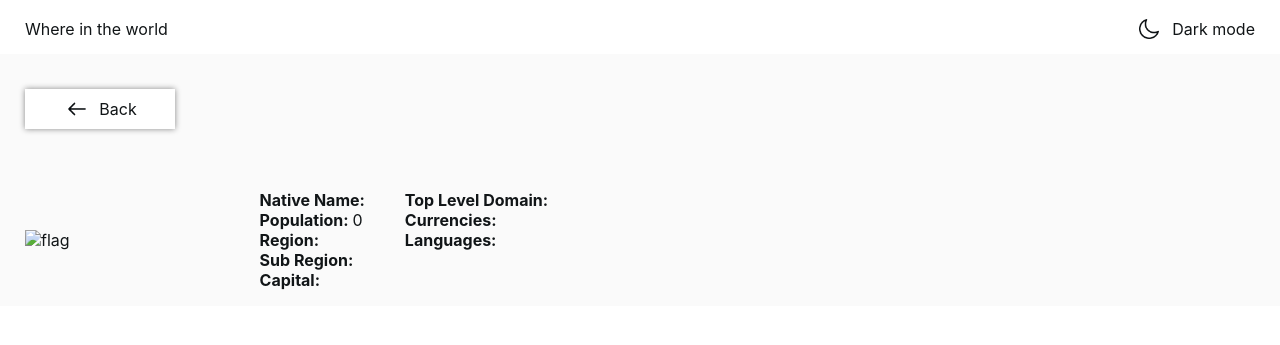
Repository: faithandjs/rest-countries-api
Page: /details
The author's editor kept a copy of each file at every save. The page is drawn from the files as they stood at one save, then again after the next save.
The browser window is 1280 px wide. The pictures show the whole page.
The page's requests for data from a server got no answer. The project was rebuilt for these pictures with package versions that can differ from the ones it lists, and the page was loaded fresh each time. No one was signed in, and anything a server would have sent is missing. Also part of the build but not shown: src/components/home.tsx.

Above is the page before, as saved 2022-04-15 22:57:59.

### src/App.tsx
import React, {useContext} from 'react';
import Home from './components/home';
import Details from './components/details';
import Nav from './components/nav';
import { Routes, Route } from "react-router-dom"
import Parent, {Wrapper} from './components/parent'

function App() {
  return (
    <div className='app light' style={{height: '100%', backgroundAttachment: 'fixed'}}>
      <Parent>
        <Nav/>
        <Routes >
          <Route path='/' element={<Home/>}/>
          <Route path='details' element={<Details/>}/>
        </Routes>
      </Parent>
    </div>
  );
}

export default App;

### src/components/details.tsx
import React, {useContext} from 'react';
import { useEffect } from 'react';
import { useState } from 'react';
import { Link } from "react-router-dom";
import {Wrapper} from './parent';
import {arrItem, contextType, detailsType} from './type'

//create state that is part of the redux ish that can be updated on click to
//1. change light and dark icons
//3. set paths and alt texts
function Details() {
    const {data, details, currentIcons, settingDetails } = useContext(Wrapper) as contextType
    const [lang, setLang] = useState<any[]>([])

    useEffect(
        ()=>{
            let arr:any[] = []
                Object.entries(details.languages).forEach(([key, value], index) => {
                arr.push(value)
        })
            setLang(arr)
        }, [details]
    )
    const borderClick = (testName:string) => {
        data.map((item )=> {
            if (item.name.common === testName){
                settingDetails(item)
            }
        })
    }
    const borderCheck = () => {
        if (details.borders.length === 0 || details.borders === undefined){
            return null
        }else{
            return(
            <div className='border'>
                <div className='border-title'>border countries: </div>
                <div className='borders'>
                    {details.borders.map((item, index) => {

                    return <div onClick={() => borderClick(item) }>{item }</div>
                        })}
                </div>
            </div>)
        }
    }
    return (
        <div className='details'>
            <Link to='/'><div className='back'><img src={currentIcons.arrow} alt='left arrow, back icon'/> <span>Back</span></div></Link>
            <div className='content'>
                <div className='flag'><img src={details.flag} alt='flag'/></div>
                <div className='moreContent'>
                    <div className='name'>{details.name} </div>
                    <div className='lists'>
                        <ul>
                            <li><span>Native name: </span>{details.nativeName}</li>
                            <li><span>Population: </span>{details.population}</li>
                            <li><span>region: </span>{details.region}</li>
                            <li><span>sub region: </span>{details.subRegion}</li>
                            <li><span>capital: </span>{details.capital}</li>
                        </ul>
                        <ul>
                            <li><span>top level domain: </span>{details.tld}</li>
                            <li><span>currencies: </span>{details.currencies.map((item, index) => {
                                    if(index === 0){
                                        return `${item}`
                                    }else{
                                        return `, ${item}`
                                    }
                                })}</li>
                            <li><span>languages: </span>
                                {lang.map((item, index) => {
                                    if(index === 0){
                                        return `${item}`
                                    }else{
                                        return `, ${item}`
                                    }
                                })}
                            </li>

                        </ul>
                    </div>
                    {borderCheck()}
                </div>
            </div>
        </div>
    );
}

export default Details;

### src/components/nav.tsx
import React, {useContext} from 'react';
import {Wrapper} from './parent';
import {contextType, currentIconsType} from './type'

function Nav() {
    const { currentIcons, changeClasses } = useContext(Wrapper) as contextType
//console.log(currentIcons)
    return (
        <div className='navbar'>
            <div>Where in the world</div>
            <div onClick={() => changeClasses()} className='mode-box'>
                <img src={currentIcons.src} alt='mode icon' />
                <span>Dark mode</span>
            </div>
        </div>
    );
}

export default Nav;

### src/components/parent.tsx
import React, { createContext, useRef, useState, useEffect, useMemo, Props, ClassAttributes } from 'react';
import arrowWhite from './images/next.png'
import arrowBlack from './images/next (1).png'
import mode from './images/sleep-mode (1).png'
import modeFill from './images/sleep-mode (2).png'
import {arrItem, contextType, detailsType, items, currentIconsType} from './type'

export const Wrapper = createContext<contextType | null>(null)
const { Provider } = Wrapper
const Parent: React.FC<React.ReactNode> =({children}) => {
    const axios = require('axios').default;
    const [data, setData] = useState<arrItem[]>([])
    const modeIcons = {
        dark: {
            mode: modeFill,
            arrow: arrowWhite,
            text: 'Dark Mode'
        },
        light: {
            mode: mode,
            arrow: arrowBlack,
            text: 'Light Mode'
        }
    }
    const [details, setDetails] = useState<detailsType>(
        {
        flag: '',
        name: '',
        nativeName: '',
        population: 0,
        region: '',
        subRegion: '',
        capital: [],
        tld: [],
        currencies: [],
        languages: {},
        borders: []
    })

    const getLSD = localStorage.getItem('countries-data-details')
    const getLS = localStorage.getItem('countries-data')
    const passed = useRef<boolean>(false)
    const passed1 = useRef<boolean>(false)
    const native = useRef<string>('')
    const currency = useRef<string[]>([])
    const [currentIcons, setCurrentIcons] = useState<currentIconsType>({
        src: modeIcons.light.mode,
        arrow: modeIcons.light.arrow,
        text:  modeIcons.light.text
    })
    const changeClasses = () => {
        const box = document.querySelector('.app')?.classList
        if(document.querySelector('.light')){
             box?.add('dark')
             box?.remove('light')
             setCurrentIcons({
                src: modeIcons.dark.mode,
                arrow: modeIcons.dark.arrow,
                text:  modeIcons.dark.text
             })
        }else if(document.querySelector('.dark' )){
            setCurrentIcons({
                src: modeIcons.light.mode,
                arrow: modeIcons.light.arrow,
                text:  modeIcons.light.text
             })
            box?.add('light')
            box?.remove('dark')
        }
     }
    const settingDetails = (obj:arrItem) => {
        data.map((item, index) => {
            if (item.name.common === obj.name.common){
            const active = data[index]
            const nativeNames = active.name.nativeName;
            Object.entries(nativeNames).forEach(([key, value], index) => {
                if (index === (Object.keys(nativeNames).length - 1)){
                    native.current = value.common
                }
              });
            let arr:string[] = []
            Object.entries(active.currencies).forEach(([key, value], index) => {
                arr.push(value.name)
            });
            let arr2:string[] = []
            if (active.borders){
                active.borders.map(item => {
                    let item1 = item
                    data.map(item => {
                        if (item.cca3 === item1){
                            arr2.push(item.name.common)
                        }
                    })
                })
            }
            setDetails({
                flag: active.flags.svg,
                name: active.name.common,
                nativeName: native.current,
                population: active.population,
                region: active.region,
                subRegion: active.subregion,
                capital: active.capital,
                tld: active.tld,
                currencies: arr,
                languages: active.languages,
                borders: arr2
            })
            }
        })

    }

    useEffect(
        () => {
            if(!passed.current){
                console.log(passed, 'lsd')
                if(  getLSD   ){
                    console.log(getLSD,JSON.parse(getLSD!).name !== '')
                    if(JSON.parse(getLSD!).name !== ''){
                        setDetails(JSON.parse(getLSD!))
                        console.log('here')
                    }
                }
            }
        },[]
    )
    useEffect(
        () => {
            if(passed.current){localStorage.setItem('countries-data-details', JSON.stringify(details))}
        }
    , [details])
    useEffect(
        () => {
            if(!passed.current){

            console.log(passed, 'ls')
                if( getLS === 'undefined' || getLS === null || getLS === '[]'){
                axios.get('https://restcountries.com/v3.1/all')
                .then(function (response:any) {
                    setData(response.data)
                })
                .catch(function (error:any) {
                    console.log(error);
                  })
                }else{
                    setData(JSON.parse(getLS))
                }
                passed.current = true;
            }
        }
            ,[])
    const value:contextType = useMemo(
        () => ({data, details, currentIcons, changeClasses, settingDetails})
        , [data, details, currentIcons, changeClasses, settingDetails]
    )
    return (
        <Provider value={value}>
           {children}
        </Provider>
    );
}
export default Parent;

### src/components/style/style.scss
$DarkBlue: hsl(209, 23%, 22%); // (Dark Mode Elements)
$VeryDarkBlue: hsl(207, 26%, 17%); //(Dark Mode Background)
$VeryDark: hsl(200, 15%, 8%); //(Light Mode Text)
$DarkGray: hsl(0, 0%, 52%); //(Light Mode Input)
$VeryLightGray: hsl(0, 0%, 98%); // (Light Mode Background)
$White: hsl(0, 0%, 100%); //(Dark Mode Text & Light Mode Elements)
$shadow: 0px 0px 1px 0.2px ;
@mixin theme ($bg, $element, $text, $shadowColor) {
    background: $bg;
    color: $text;
    .navbar{
        background-color: $element;
    }
    a:-webkit-any-link{
        color: $text;
    }
    .details{
        .borders div, .back{
            background-color: $element;
        }
        .borders div{
            box-shadow: 0px 0px 3px 0.1px $shadowColor;
        }
        .back{
            box-shadow: 0px 0px 6px 0.2px $shadowColor;
        }
    }
    .home{
        form{
            div{
                box-shadow: $shadow $shadowColor;
                input{
                    background-color: $element;
                    color: $text;
                }
                background-color: $element;
            }
            select{
                box-shadow: $shadow $shadowColor;
                background-color: $element;
                color: $text;
            }
        }
        .all-flags{
            .a-flag{
                background-color: $element;
                box-shadow: $shadow $shadowColor;
            }
        }
    }

}
.dark{
    @include theme($VeryDarkBlue, $DarkBlue , $White, $VeryDark)
}
.light{
    @include theme($VeryLightGray, $White , $VeryDark, $DarkGray )
}
.app{
    background-attachment: fixed;
    background-repeat: repeat;
    //overflow: hidden;
}
.navbar{
    display: flex;
    justify-content: space-between;
    padding: 15px 25px;
    align-items: baseline;
    img{
        width: 20px;
        padding: 0 13px 0 1px ;
        position: relative;
        top: 4px;
    }
    //color at the bottom?
    //also this part is diffrent from background
}
.details {
    margin: 0 25px 25px;
    .back{
        width: 150px;
        height: 40px;
        margin: 35px 0 45px 0;
        text-align: center;
        display: flex;
        justify-content: center;
        align-items: center;
        img{
            transform: rotate(180deg) scale(0.15);
        }
        span{
            position: relative;
            left: -50px;
        }
        img, span{
            padding: 0 4px;
        }
    }
    .content{
        .flag{
            img{
                width: 500px;
                padding-right: 150px;
            }
        }
        display: flex;
        align-items: center;
        .moreContent{
            span, .border-title{
                font-weight: bold;
                text-transform: capitalize;
            }
            .name{
                font-weight: bold;
            }
            .lists{
                display: flex;
                ul{
                    list-style-type: none;
                }
            }
            .border{
                display: flex;
                align-items: baseline;
                .borders{
                    display: flex;
                    flex-wrap: wrap;
                    div{
                        min-width: 100px;
                        margin: 0 10px 15px;
                        padding: 7px 12px;
                        text-align: center;
                    }
                }
            }
        }
    }
}
a:-webkit-any-link {
    text-decoration: none;
}
.mode-box:hover, select:hover, .border div:hover{
    cursor: pointer;
 }
.home{
    form{
        display: flex;
        justify-content: space-between;
        padding: 25px;
        input, select{
            outline: 0;
        }
        div{
            width: 300px;
            padding: 15px 7px;
            display: flex;
            border-radius: 4px;
            img{
                width: 17px;
                padding: 0 10px;
            }
            input{
                border: 0;
            }
        }
        select{
            border-radius: 4px;
            width: 130px;
            border: 0;
            padding: 15px 7px;
        }
    }
    .all-flags{
        display: flex;
        flex-wrap: wrap;
        justify-content: space-around;
        margin: 0 15px;
        .a-flag{
            margin: 0 15px 35px;
            //padding: 10px;
            width: 280px;
            height: 330px;
            border-radius: 7px;
            //background-color: $White; //set!!!!!!
            .flag-box{
                height: 170px;
                width: 100%;
                img{
                    width: -webkit-fill-available;
                    height: 100%;
                    object-fit: fill;
                    border-top-left-radius: 7px;
                    border-top-right-radius: 7px;
                }
            }
            .text{
                padding: 0 6px;
                span{
                    text-transform: capitalize;
                    font-weight: bold;
                }
            }
        }
    }//0px 0px 4px 0.3px hsl(200deg 15% 8%) box shadow
}

Loaded but not shown: src/index.tsx (common file); src/index.css (common file); src/reportWebVitals.ts (common file)

After the next save:
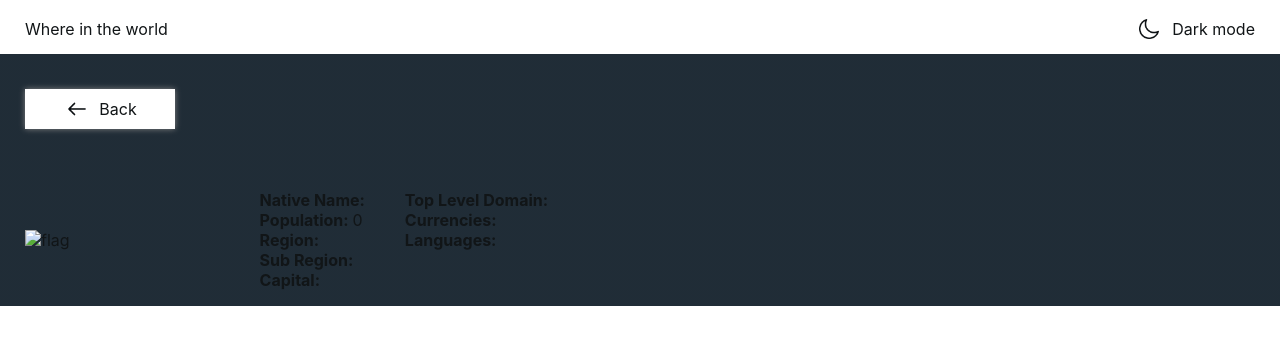
Saved 2 h 25 min later.
--- a/src/components/style/style.scss
+++ b/src/components/style/style.scss
@@ -60,6 +60,7 @@ $shadow: 0px 0px 1px 0.2px ;
     background-attachment: fixed;
     background-repeat: repeat;
     //overflow: hidden;
+    background: linear-gradient(45deg, hsl(207deg, 26%, 17%), hsl(207deg, 26%, 17%) ) no-repeat fixed center;
 }
 .navbar{
     display: flex;
